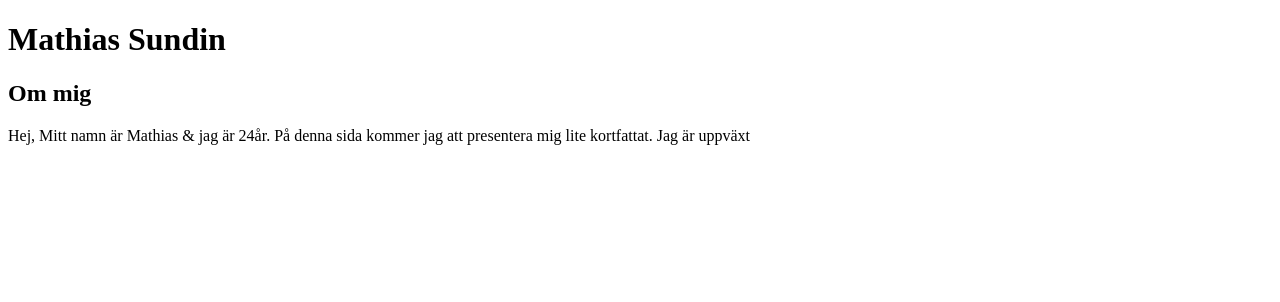
Repository: ms223uh/1ik415-laborationer
Page: www/presentation.html
The author's editor kept a record of every edit. The page is drawn from the files as they stood at one moment, then again after the next edit.
The browser window is 1280 px wide. The pictures show the whole page.

Above is the page before.

### www/presentation.html
<!DOCTYPE html>
<html lang="sv">
    <head>
        <meta charset="utf-8" />
        <title>Mathias Sundin</title>
    </head>

    <body>

        <div id="header">
           <h1>Mathias Sundin</h1>
        </div>

        <div id="content" width="50" height="auto">
            <h2>Om mig</h2>
                <p>Hej,

            Mitt namn är Mathias & jag är 24år. På denna sida kommer jag att presentera mig lite kortfattat.
            Jag är uppväxt
                </p>
        </div>





















    </body>
</html>

After the next edit:
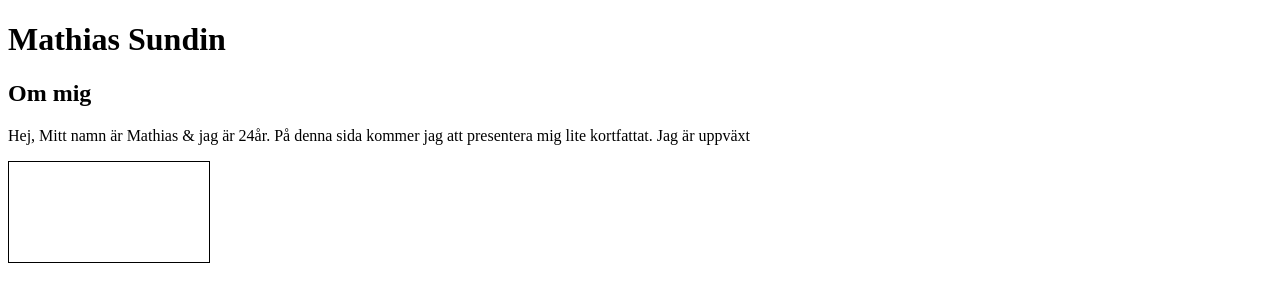
The edit:
--- a/www/presentation.html
+++ b/www/presentation.html
@@ -18,6 +18,16 @@
             Mitt namn är Mathias & jag är 24år. På denna sida kommer jag att presentera mig lite kortfattat.
             Jag är uppväxt
                 </p>
+
+
+
+
+                <canvas id="myCanvas" width="200" height="100"
+style="border:1px solid #000000;">
+
+
+<p>HEJ</p>
+</canvas>
         </div>
 
 

After the 4 edits that followed:
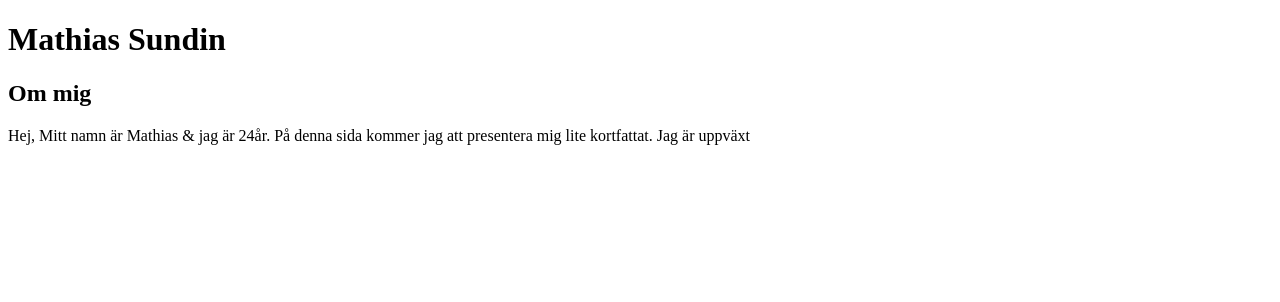
The 4 edits are shown as one change because 3 left the picture as it was.
The edit:
--- a/www/presentation.html
+++ b/www/presentation.html
@@ -19,16 +19,13 @@
             Jag är uppväxt
                 </p>
 
+                </div>
 
 
 
-                <canvas id="myCanvas" width="200" height="100"
-style="border:1px solid #000000;">
 
+</canvas>
 
-<p>HEJ</p>
-</canvas>
-        </div>
 
 
 
